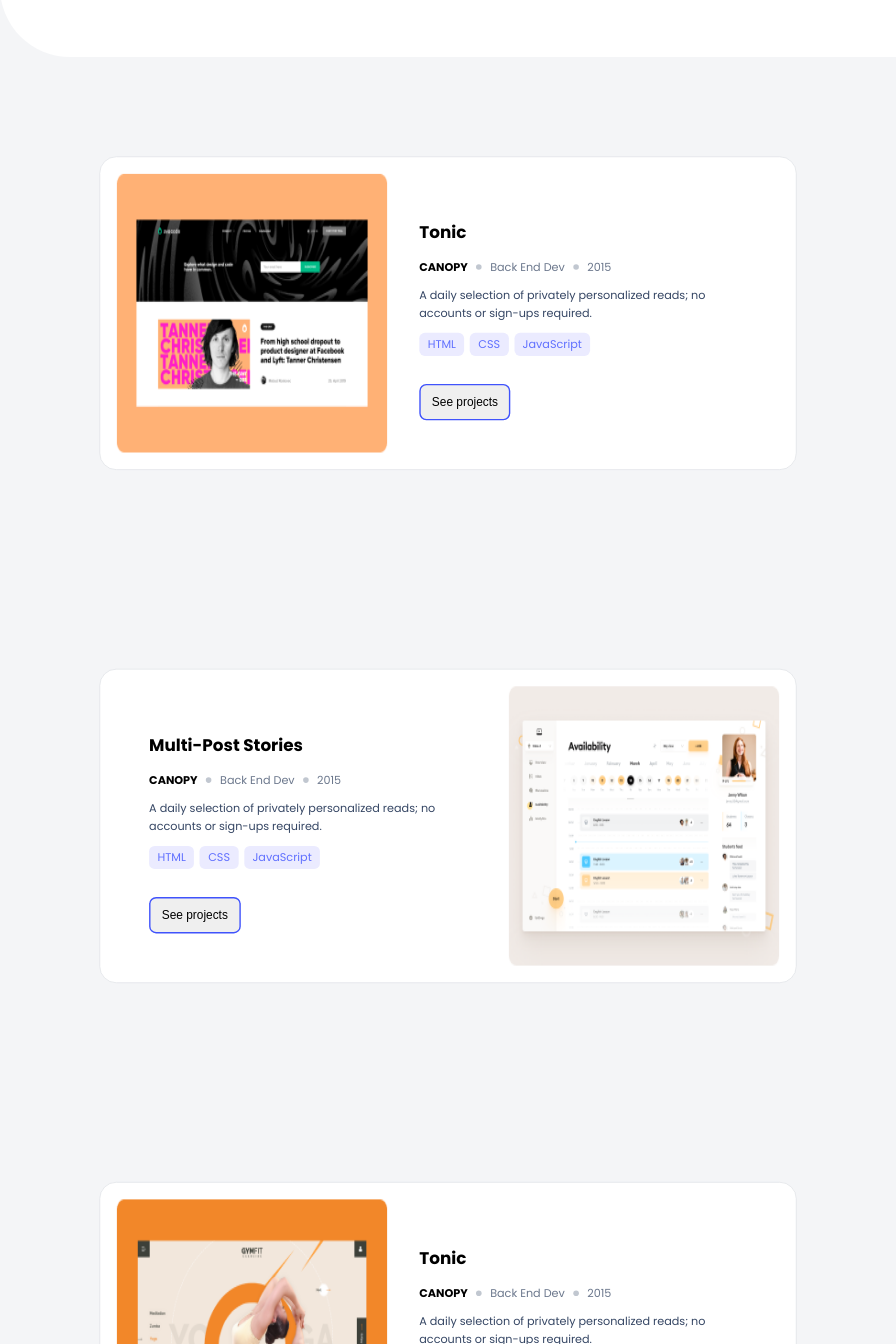
Repository: Paulinelali/microverse-personal-portfolio
Page: index.html
The author's editor kept a copy of each file at every save. The page is drawn from the files as they stood at one save, then again after the next save.
The browser window is 1280 px wide. The pictures show the part of the page from y = 888 to 2808 px (the page is 5391 px tall before and 5123 px after), at 70% of full size.
Some web libraries are served in a nearby version.

Above is the page before, as saved 2023-05-19 15:42:32.

After the next save:
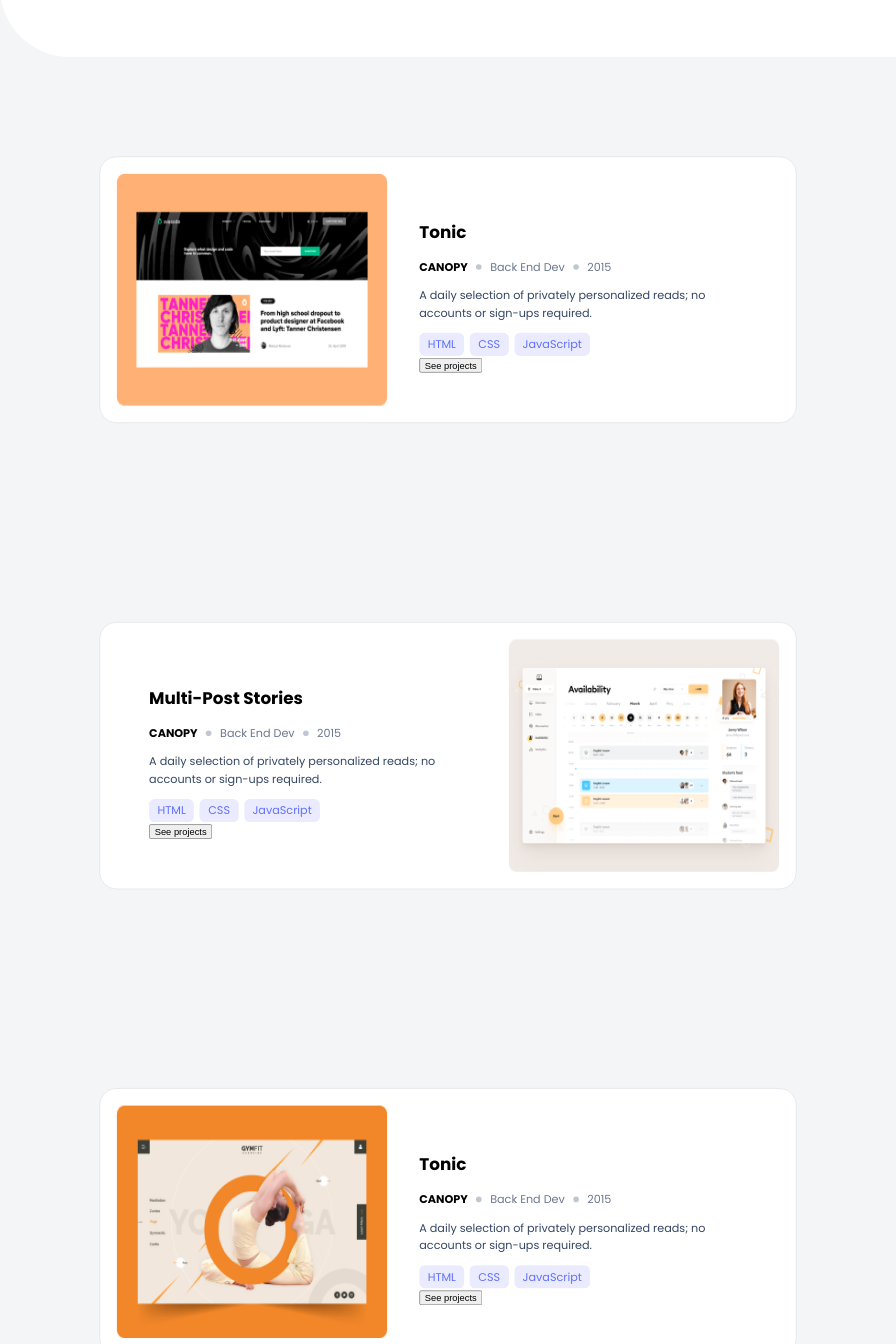
Saved 3 min 47 s later.
--- a/script.js
+++ b/script.js
@@ -112,7 +112,7 @@
                           <li>${cardObjects[card].tech[1]}</li>
                           <li>${cardObjects[card].tech[2]}</li>
                       </ul>
-                      <button type="button" class="see-projects-btn one btn btn-${card + 1}">${cardObjects[card].btn}</button>
+                      <button type="button" class="ven-see-projects-btn one btn btn-${card + 1}">${cardObjects[card].btn}</button>
                   </div>
               </li>
     `;

After the 4 saves that followed:
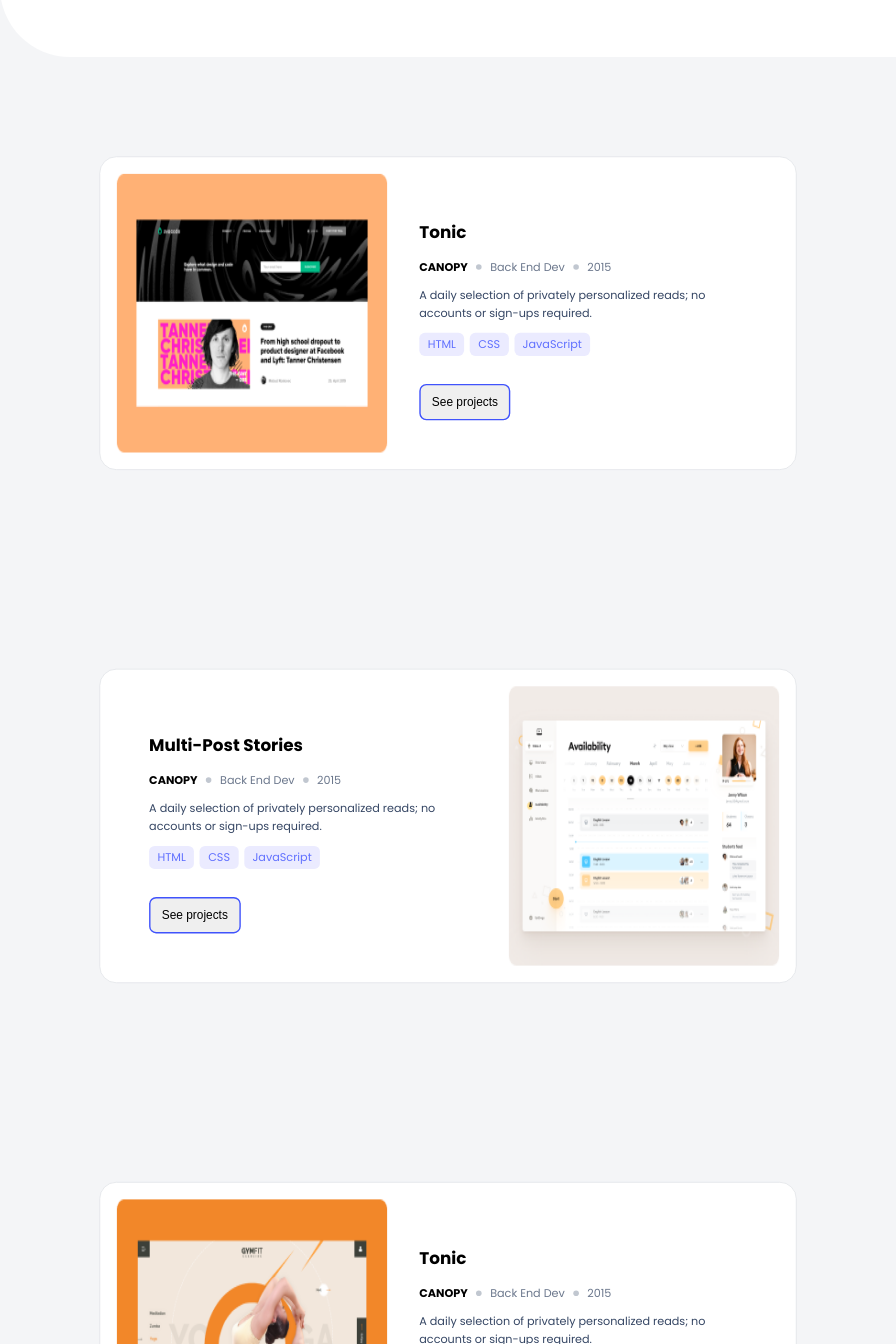
The 4 saves are shown as one change because 3 left the picture as it was.
The last was saved 57 s later.
--- a/script.js
+++ b/script.js
@@ -112,7 +112,7 @@
                           <li>${cardObjects[card].tech[1]}</li>
                           <li>${cardObjects[card].tech[2]}</li>
                       </ul>
-                      <button type="button" class="ven-see-projects-btn one btn btn-${card + 1}">${cardObjects[card].btn}</button>
+                      <button type="button" class="ven-see-projects-btn see-projects-btn one btn btn-${card + 1}">${cardObjects[card].btn}</button>
                   </div>
               </li>
     `;
@@ -282,7 +282,7 @@
 window.onload = () => {
   createCard();
 
-  const venBtn = document.querySelectorAll('.see-projects-btn');
+  const venBtn = document.querySelectorAll('.ven-see-projects-btn');
 
   venBtn.forEach((btn) => {
     const body = document.querySelector('body');
